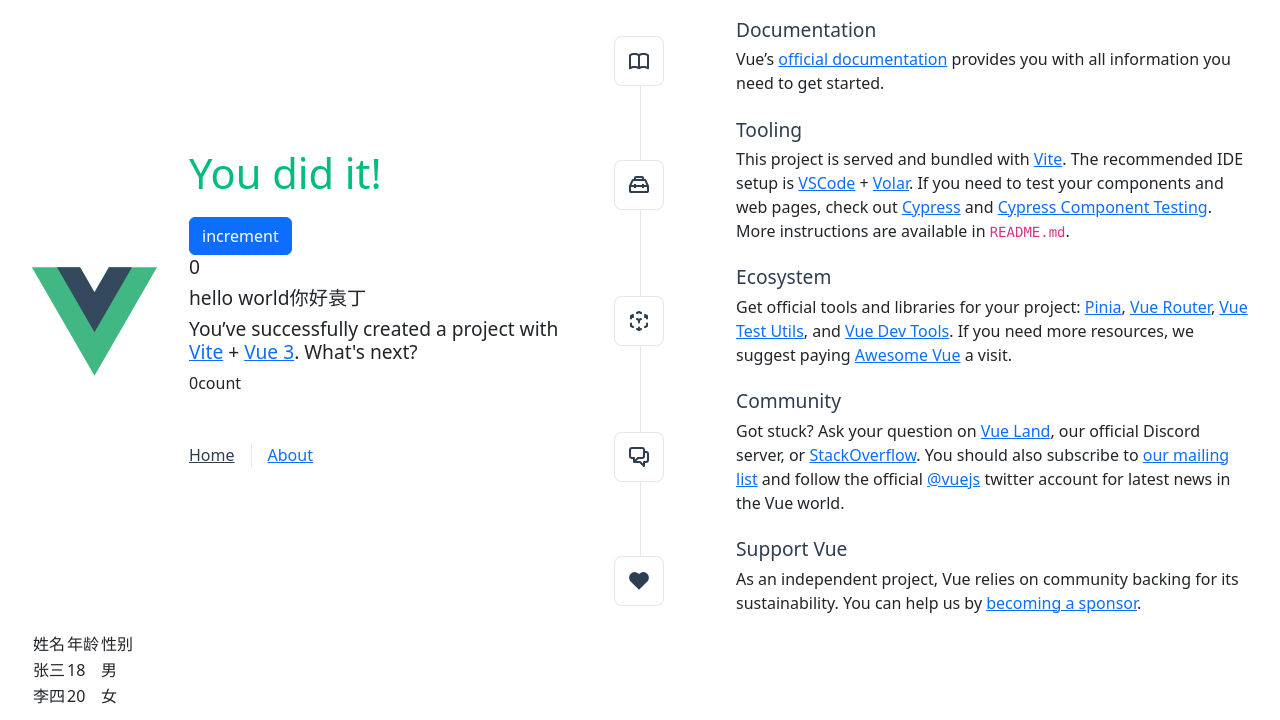
Repository: yuandinghh/vue
Page: /
These files come from the project's save history. The page is drawn as it stood at one moment and after the next save; the edit follows.
The browser window is 1280 px wide. The pictures show the whole page.
The project was rebuilt for these pictures with package versions that can differ from the ones it lists, and the page was loaded fresh each time. Also part of the build but not shown: vite.config.ts.

Above is the page before, as saved 2023-03-22 00:04:15.

### index.html
<!DOCTYPE html>
<html lang="en">
  <head>
    <meta charset="UTF-8">
    <link rel="icon" href="/favicon.ico">
    <meta name="viewport" content="width=device-width, initial-scale=1.0">
    <!-- <link href="https://cdn.staticfile.org/twitter-bootstrap/5.1.1/css/bootstrap.min.css" rel="stylesheet">
    <script src="https://cdn.staticfile.org/twitter-bootstrap/5.1.1/js/bootstrap.bundle.min.js"></script>
    <title>Vite App</title> -->
  </head>
  <body>
    <div id="app"></div>
    <script type="module" src="/src/main.ts"></script>
  </body>
</html>

### src/main.ts
import { createApp } from 'vue'
import App from './App.vue'
import router from './router'

import './assets/main.css'
import 'bootstrap/dist/css/bootstrap.min.css';
import 'bootstrap/dist/js/bootstrap.min.js';
const app = createApp(App)

app.use(router)

app.mount('#app')

### src/App.vue
<script setup lang="ts">
import { RouterLink, RouterView } from "vue-router";
import HelloWorld from "./components/HelloWorld.vue";
</script>

<template>
    <header>
      <img alt="Vue logo" class="logo" src="@/assets/logo.svg" width="125" height="125" />

      <div class="wrapper">
        <HelloWorld msg="You did it!" />

        <nav>
          <RouterLink to="/">Home</RouterLink>
          <RouterLink to="/about">About</RouterLink>
        </nav>
      </div>
    </header>
    <RouterView />
    <div>
    <!-- 写一个表格 -->
    <div>
      <table>
        <tr>
          <th>姓名</th>
          <th>年龄</th>
          <th>性别</th>
        </tr>
        <tr>
          <td>张三</td>
          <td>18</td>
          <td>男</td>
        </tr>
        <tr>
          <td>李四</td>
          <td>20</td>
          <td>女</td>
        </tr>
      </table>
    </div>
  </div>
</template>


<style scoped>
header {
  line-height: 1.5;
  max-height: 100vh;
}

.logo {
  display: block;
  margin: 0 auto 2rem;
}

nav {
  width: 100%;
  font-size: 12px;
  text-align: center;
  margin-top: 2rem;
}

nav a.router-link-exact-active {
  color: var(--color-text);
}

nav a.router-link-exact-active:hover {
  background-color: transparent;
}

nav a {
  display: inline-block;
  padding: 0 1rem;
  border-left: 1px solid var(--color-border);
}

nav a:first-of-type {
  border: 0;
}

@media (min-width: 1024px) {
  header {
    display: flex;
    place-items: center;
    padding-right: calc(var(--section-gap) / 2);
  }

  .logo {
    margin: 0 2rem 0 0;
  }

  header .wrapper {
    display: flex;
    place-items: flex-start;
    flex-wrap: wrap;
  }

  nav {
    text-align: left;
    margin-left: -1rem;
    font-size: 1rem;

    padding: 1rem 0;
    margin-top: 1rem;
  }
}
</style>

### src/components/HelloWorld.vue
<script setup lang="ts">
import { defineProps } from "vue";
import { computed, reactive } from "vue";
defineProps<{
  msg: string;
}>();
    const state = reactive({
      count: 0,
      str:"hello world",
      str1:"你好袁丁"
    });

    const increment = () => {
      state.count++;
    };
     const str2 = computed(() => {
      return state.str + state.str1;
    });

    const str3 = state.str + state.str1;
</script>

<template>
  <div class="greetings">
    <h1 class="green">{{ msg }}</h1>
    <button @click="increment" class="btn btn-primary"> increment</button>
    <h3>{{state.count}}</h3>
    <h3>{{str2}}</h3>
    <h3>
      You’ve successfully created a project with
      <a
        href="https://vitejs.dev/"
        target="_blank"
        rel="noopener"
      >Vite</a> +
      <a href="https://vuejs.org/" target="_blank" rel="noopener">Vue 3</a>. What's next?
    </h3>
    <p>{{ state.count }}count</p>
    <!-- <p>{{ str }}</p> -->
  </div>
</template>

<style scoped>
h1 {
  font-weight: 500;
  font-size: 2.6rem;
  top: -10px;
}

h3 {
  font-size: 1.2rem;
}

.greetings h1,
.greetings h3 {
  text-align: center;
}

@media (min-width: 1024px) {
  .greetings h1,
  .greetings h3 {
    text-align: left;
  }
}
</style>

Loaded but not shown: src/router/index.ts (common file); src/assets/main.css (common file); src/views/HomeView.vue (common file); src/assets/base.css (common file); src/components/TheWelcome.vue (common file); src/components/WelcomeItem.vue (common file); src/components/icons/IconDocumentation.vue (common file); src/components/icons/IconTooling.vue (common file); src/components/icons/IconEcosystem.vue (common file); src/components/icons/IconCommunity.vue (common file); src/components/icons/IconSupport.vue (common file)

After the next save:
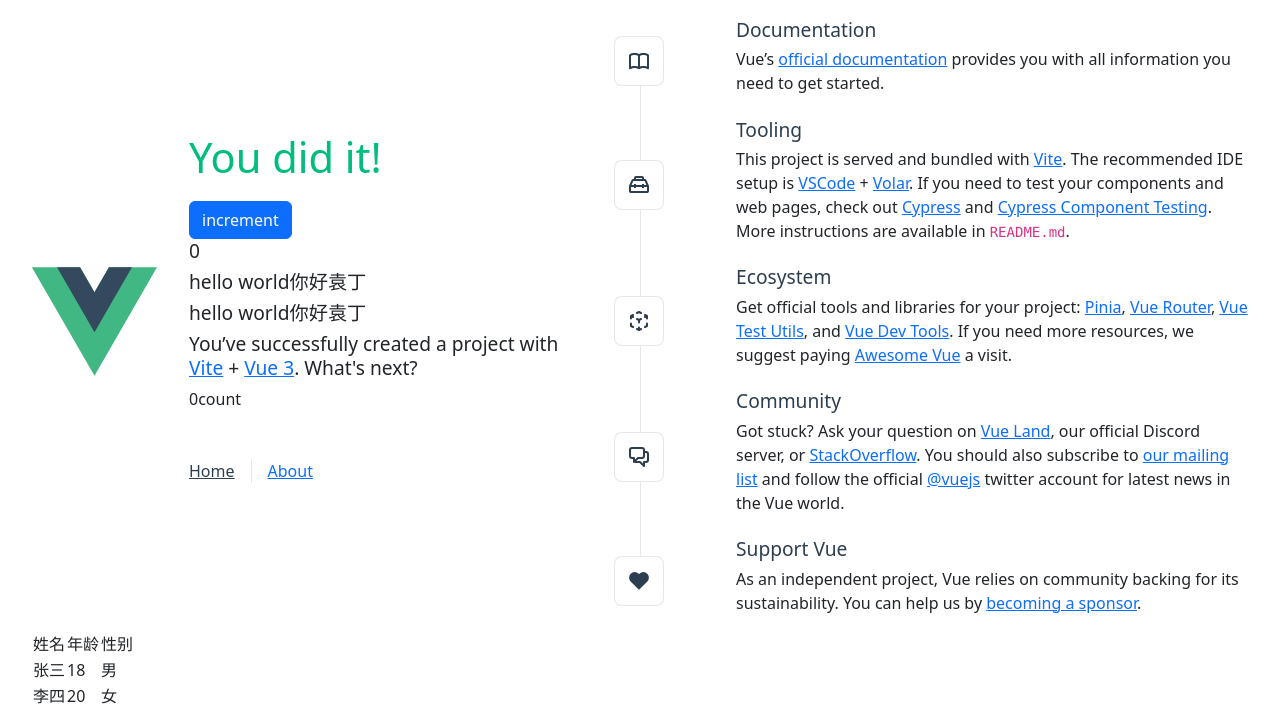
Saved 6 s later.
--- a/src/components/HelloWorld.vue
+++ b/src/components/HelloWorld.vue
@@ -26,6 +26,7 @@
     <button @click="increment" class="btn btn-primary"> increment</button>
     <h3>{{state.count}}</h3>
     <h3>{{str2}}</h3>
+    <h3>{{str3}}</h3>
     <h3>
       You’ve successfully created a project with
       <a
